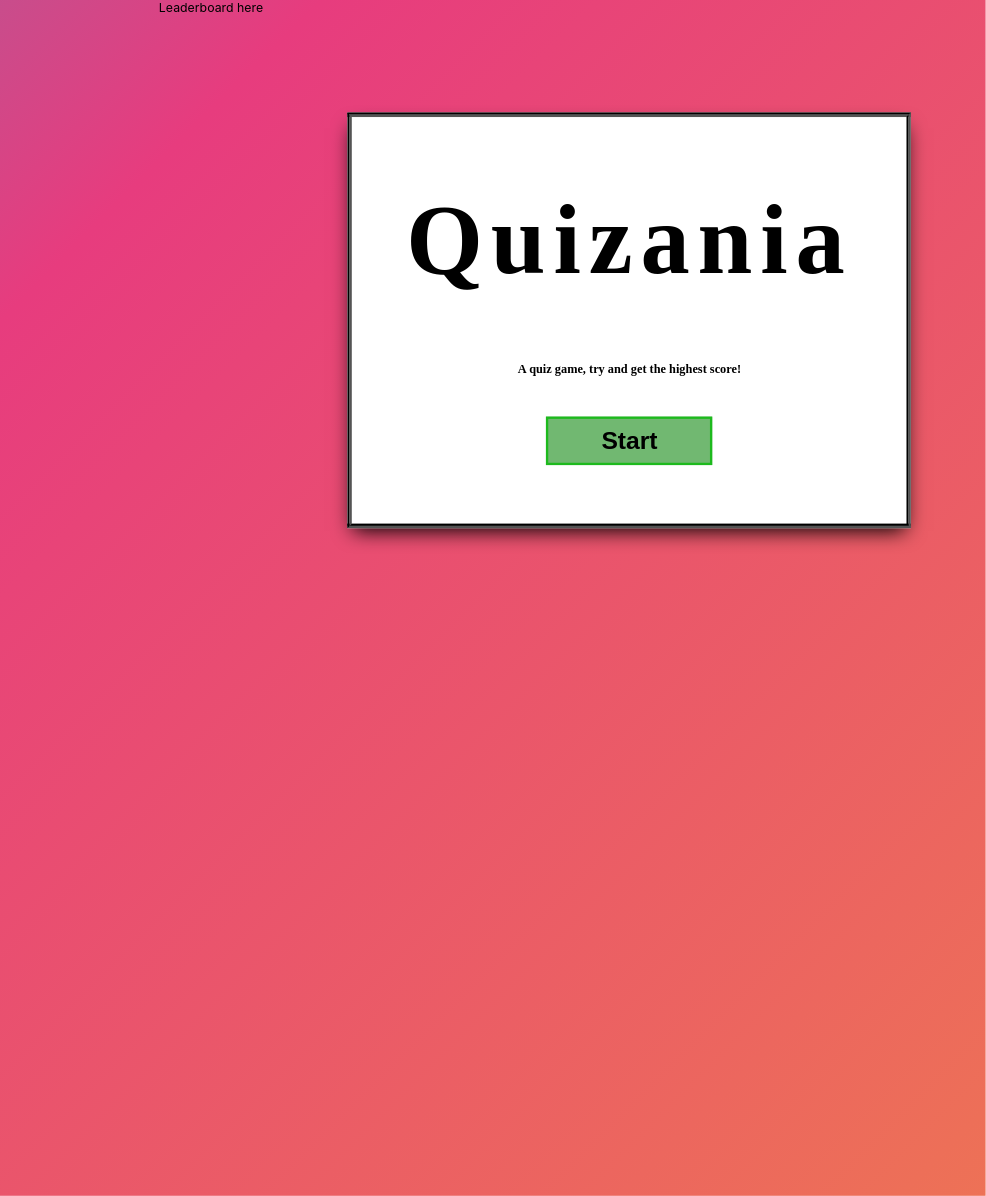
Repository: PatrickTheCodeGuy/QuizApp
Page: / (app in quizapp/)
The author's editor kept a copy of each file at every save. The page is drawn from the files as they stood at one save, then again after the next save.
The browser window is 1280 px wide. The pictures show the whole page, at 77% of full size.
The pointer rests on the first visible `.button-start`.
The project was rebuilt for these pictures with package versions that can differ from the ones it lists, and the page was loaded fresh each time.

Above is the page before, as saved 2021-07-08 13:34:03.

After the next save:
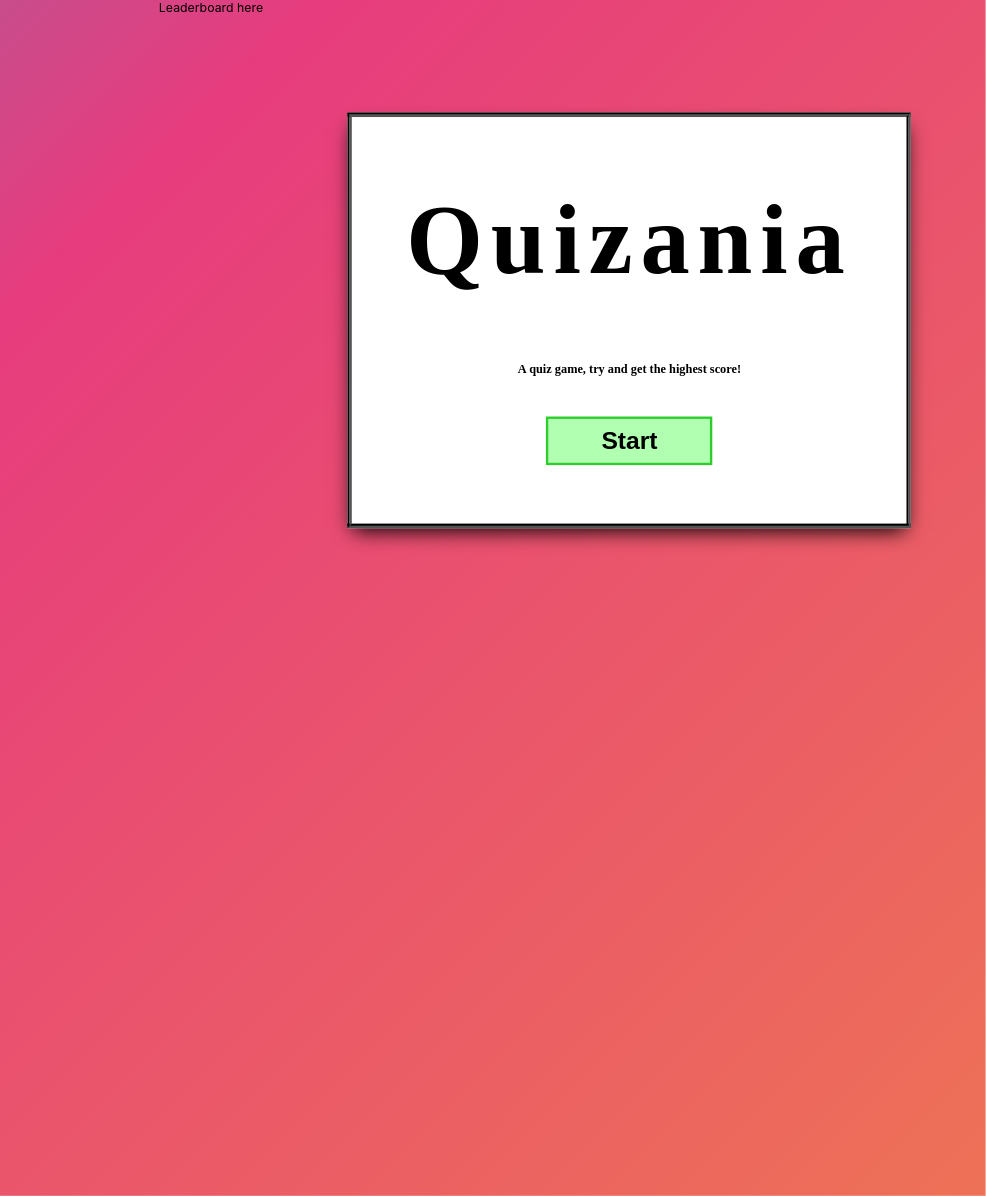
Saved 17 s later.
--- a/quizapp/src/components/StartMenu/StartMenu.css
+++ b/quizapp/src/components/StartMenu/StartMenu.css
@@ -22,7 +22,7 @@
 }
 
 .button-start:hover{
-    background: rgba(0, 128, 0, 0.558);
+    background: rgba(4, 255, 4, 0.311);
     color: black;
     border: 3px solid rgba(0, 188, 0, 0.743);
 }
